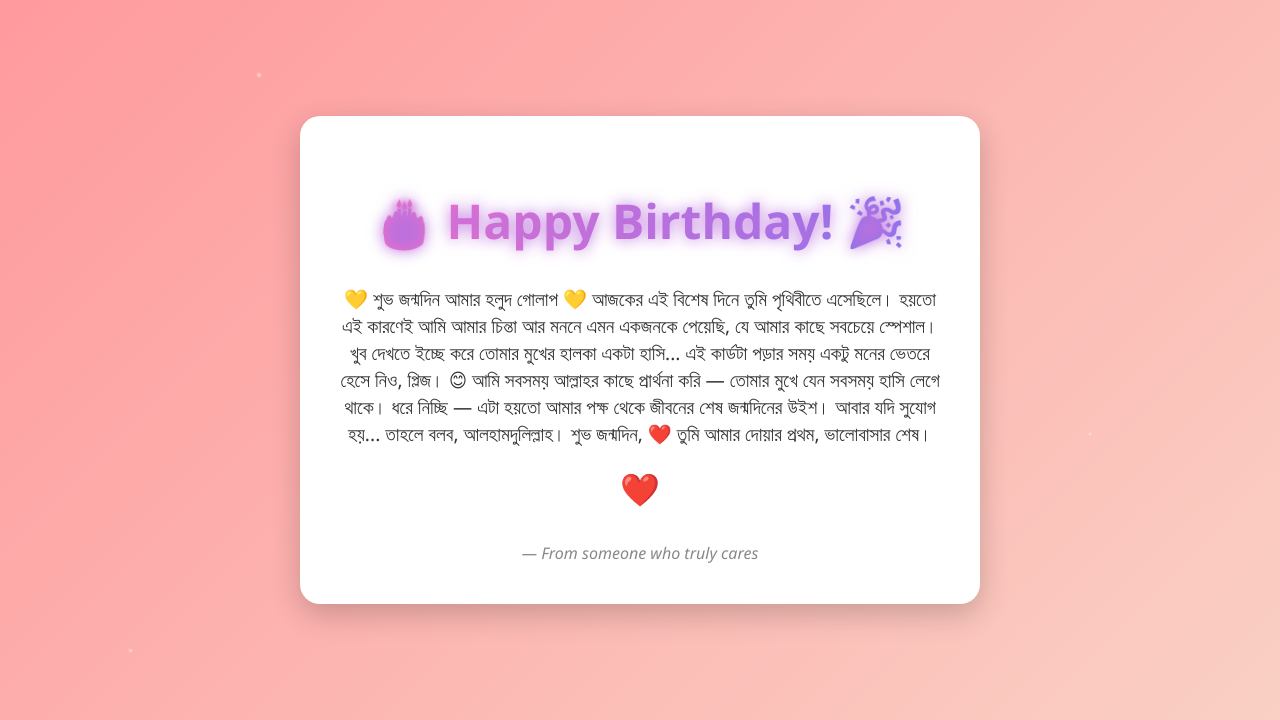
Repository: tanimtanzilislam/Card
Page: index.html
The author's editor kept a copy of each file at every save. The page is drawn from the files as they stood at one save, then again after the next save.
The browser window is 1280 px wide. The pictures show the whole page.

Above is the page before, as saved 2025-05-29 21:16:04.

After the next save:
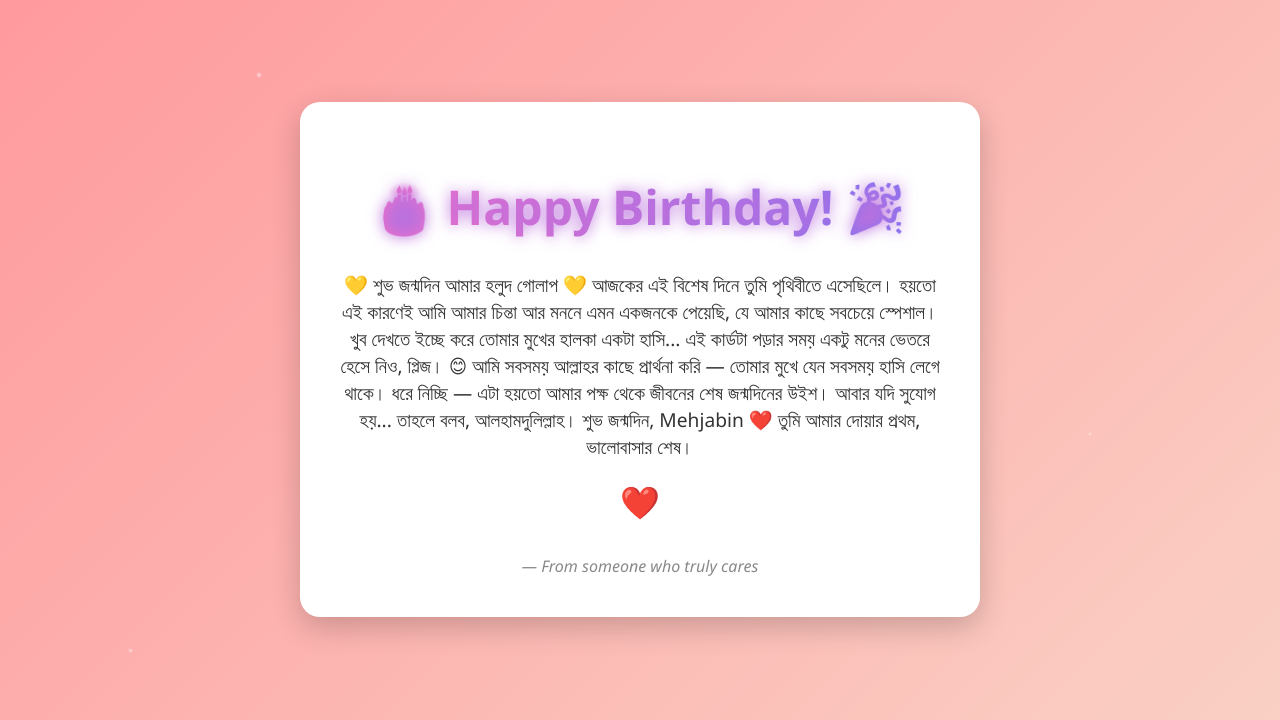
Saved 37 s later.
--- a/index.html
+++ b/index.html
@@ -127,7 +127,7 @@
 ধরে নিচ্ছি — এটা হয়তো আমার পক্ষ থেকে জীবনের শেষ জন্মদিনের উইশ।
 আবার যদি সুযোগ হয়... তাহলে বলব, আলহামদুলিল্লাহ।
 
-শুভ জন্মদিন,  ❤️
+শুভ জন্মদিন, Mehjabin ❤️
 তুমি আমার দোয়ার প্রথম, ভালোবাসার শেষ।
     </p>
     <p class="heart">❤️</p>
